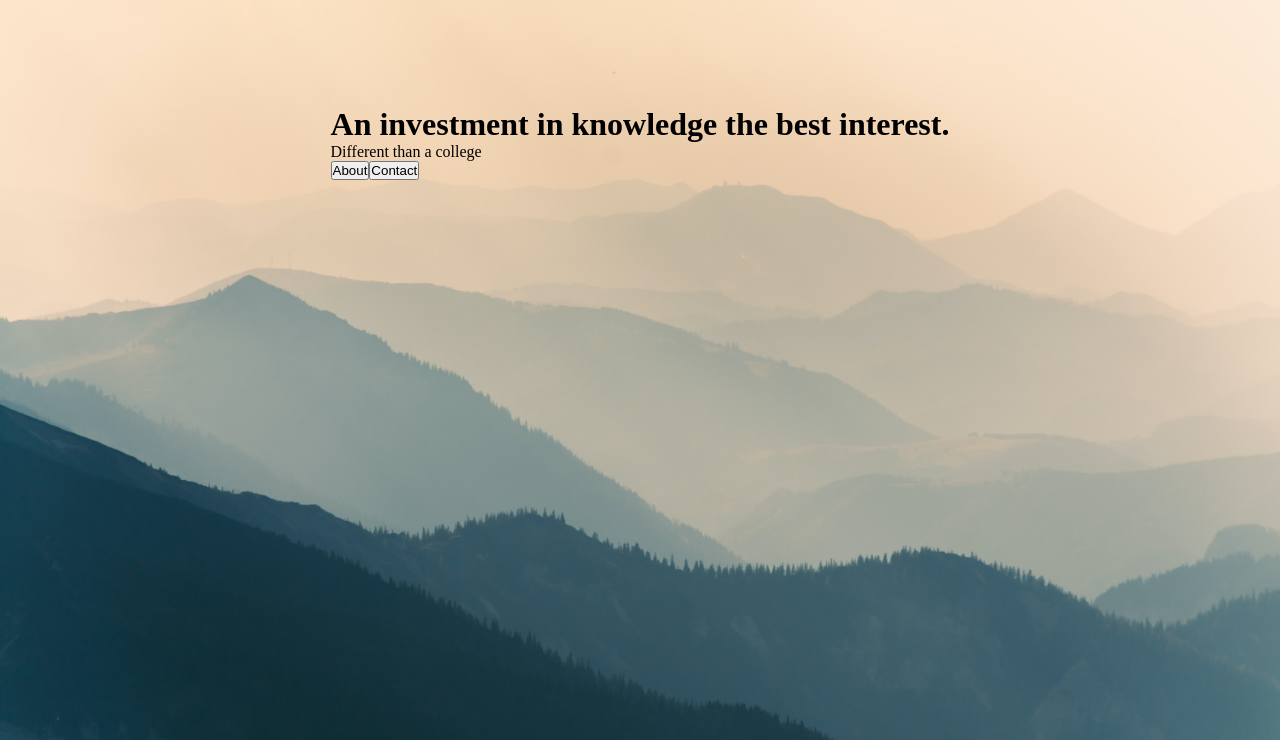
Repository: SanlyLp/assignment-1-playwright-site-a01182379
Page: /
The author's editor kept a copy of each file at every save. The page is drawn from the files as they stood at one save, then again after the next save.
The browser window is 1280 px wide. The pictures show the whole page.
The project was rebuilt for these pictures with package versions that can differ from the ones it lists, and the page was loaded fresh each time. The framework's server and built-in components were replaced by stand-ins that run in the browser. Also part of the build but not shown: next.config.js.

Above is the page before, as saved 2023-02-05 20:09:47.

After the next save:
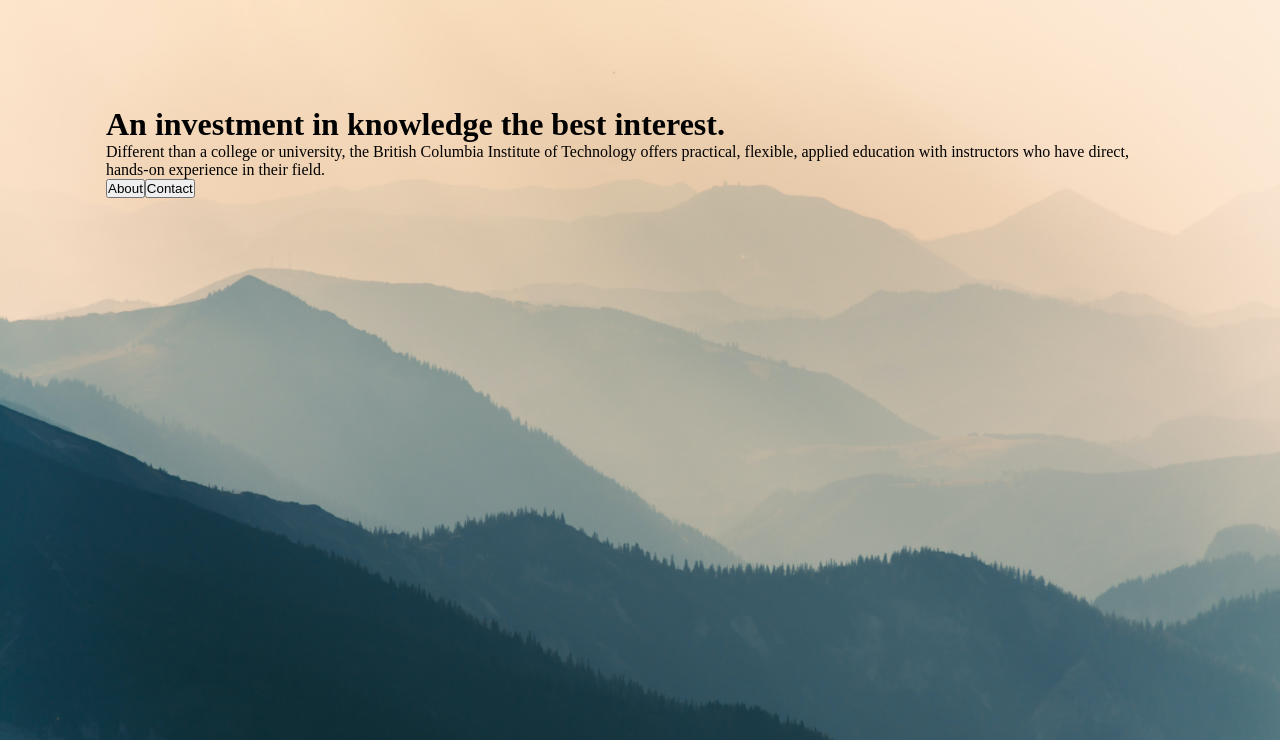
Saved 92 s later.
--- a/pages/index.js
+++ b/pages/index.js
@@ -21,7 +21,10 @@ export default function Home() {
          the best interest.
        </h1>
        <p>
-        Different than a college
+       Different than a college or university, the British Columbia
+Institute of Technology offers practical, flexible, applied
+education with instructors who have direct, hands-on
+experience in their field.
        </p>
        <Link href="/about">
          <button>About</button>
